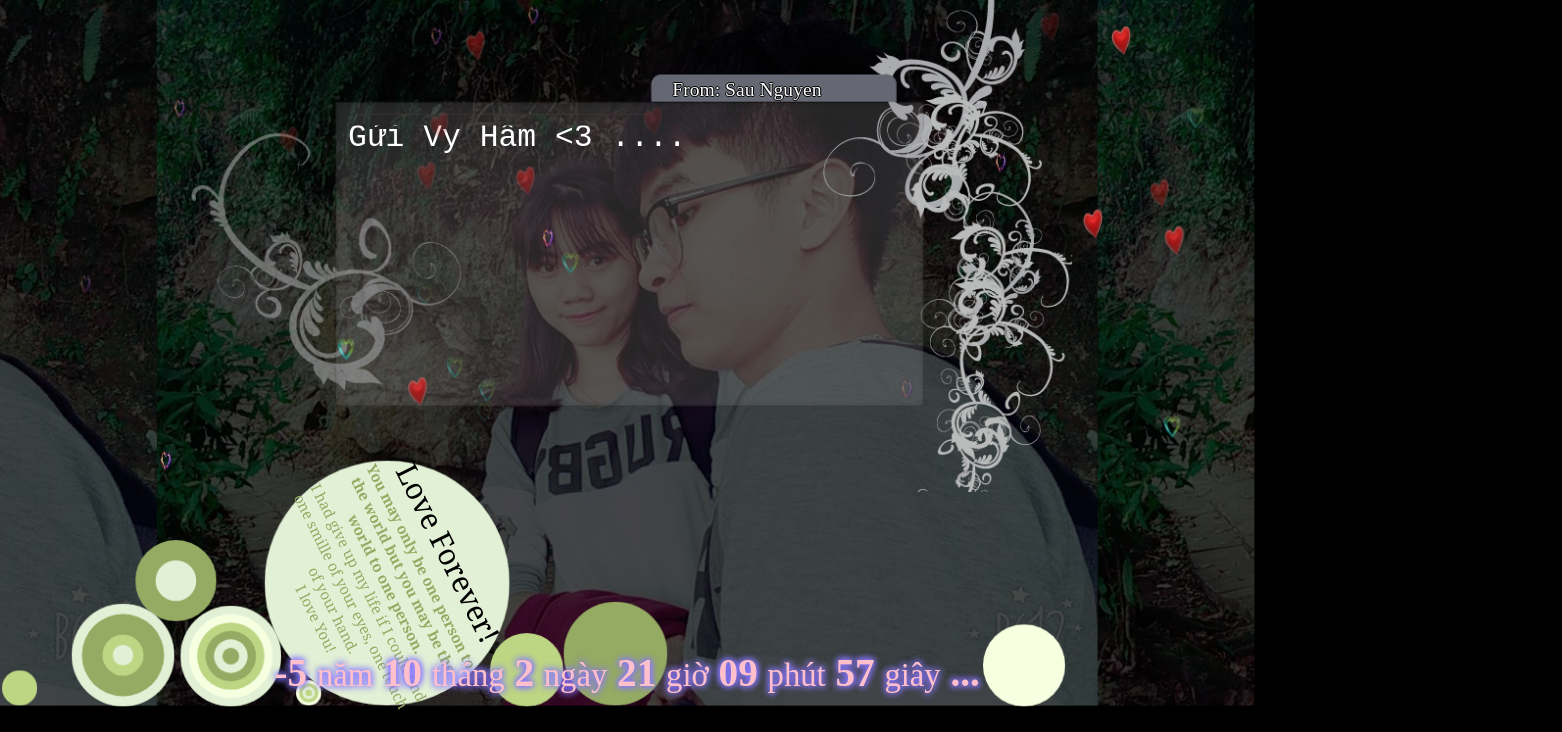
Repository: saunptit97/hpbdmon
Page: index.html
The author's editor kept a copy of each file at every save. The page is drawn from the files as they stood at one save, then again after a run of saves.
The browser window is 1280 px wide. The page is 1594 px wide, so the pictures cover 1594 px, including what lies to the right of the window. The pictures show the whole page, at 98% of full size.

Above is the page before, as saved 2022-11-12 20:46:25.
Console error: TypeError: $(...).play is not a function

After the next 2 saves:
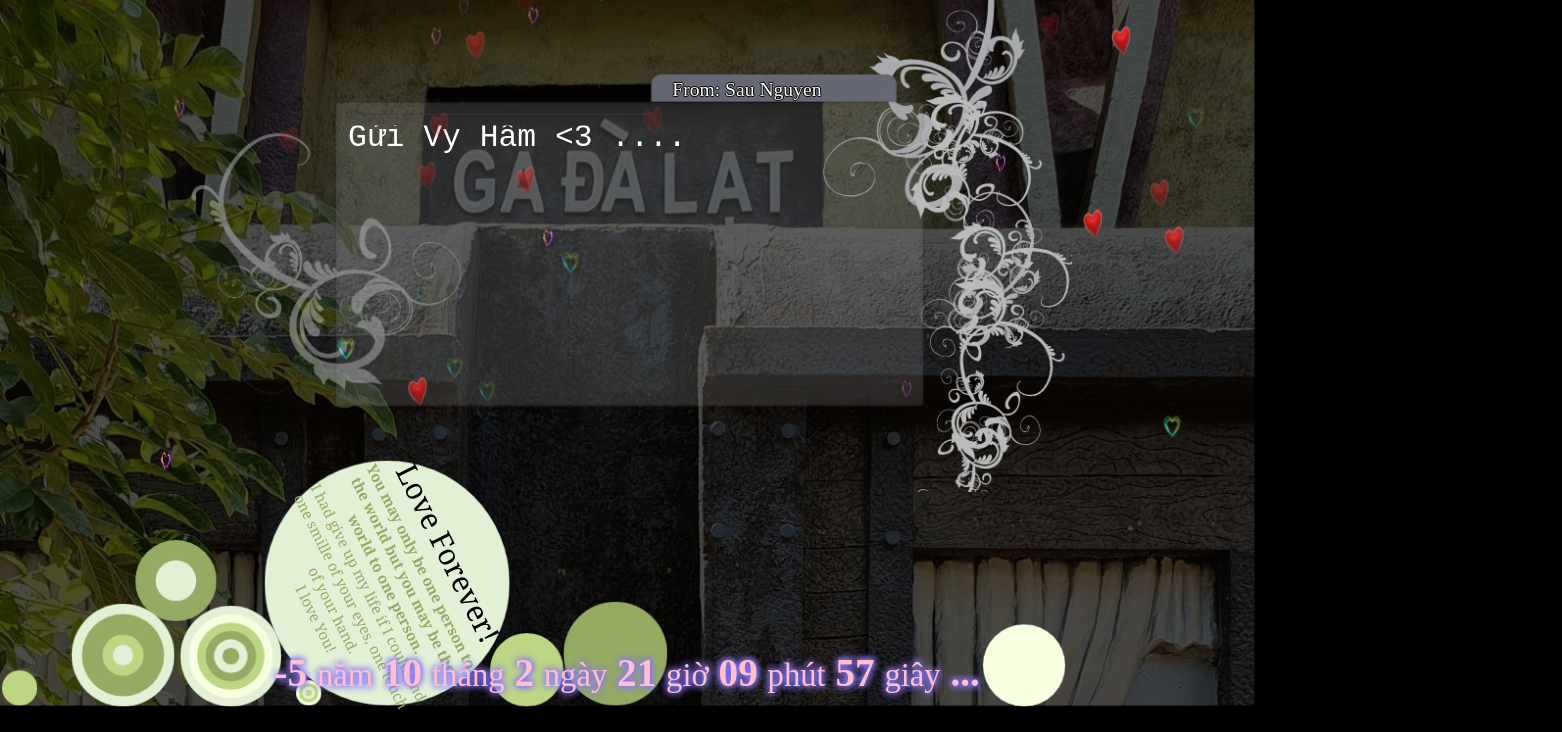
The 2 saves are shown as one change because they came seconds apart.
The last was saved 11 s later.
--- a/style.css
+++ b/style.css
@@ -9,7 +9,7 @@ body
 
 body:before{
     overflow: hidden;
-    background-image: url('background.jpg');
+    background-image: url('bg.jpeg');
     background-position: top center;
     content: "";
     display: block;
